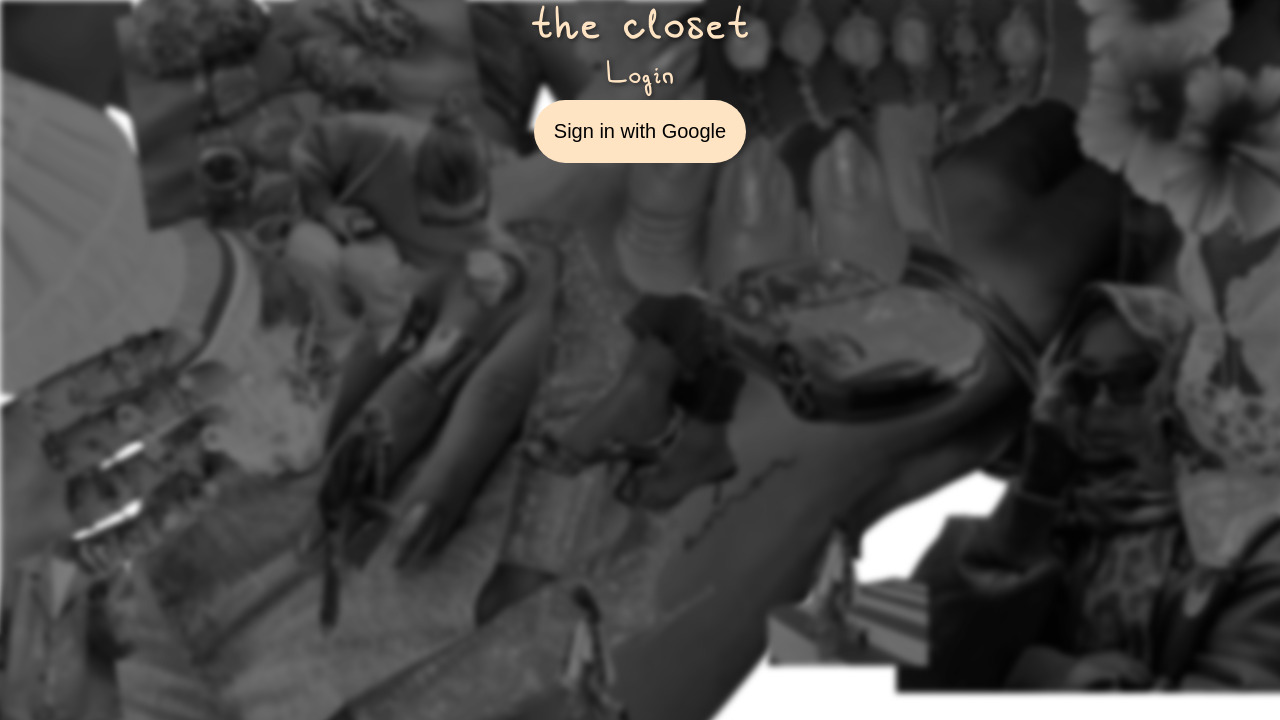
Repository: karla-sikavica/theCloset
Page: / (app in frontend/)
The author's editor kept a copy of each file at every save. The page is drawn from the files as they stood at one save, then again after the next save.
The browser window is 1280 px wide. The pictures show the whole page.
The project was rebuilt for these pictures with package versions that can differ from the ones it lists, and the page was loaded fresh each time. Also part of the build but not shown: frontend/vite.config.ts.

Above is the page before, as saved 2025-03-29 16:19:22.

### frontend/src/index.css
@font-face {
  font-family: 'Kalla';
  src: url('/fonts/Kalla-Regular.ttf') format('truetype');
  font-weight: 400;
  font-style: normal;
}

:root {
  font-family: 'Kalla', system-ui, Avenir, Helvetica, Arial, sans-serif;
  line-height: 50px;
  font-weight: 400;
  display: block;


  font-synthesis: none;
  text-rendering: optimizeLegibility;
  -webkit-font-smoothing: antialiased;
  -moz-osx-font-smoothing: grayscale;
}

### frontend/src/App.tsx
import { BrowserRouter as Router, Routes, Route } from "react-router-dom";
import "./App.css";
import Login from "./pages/Login";
import Collage from "./components/ui/Collage";

function App() {
  return (
    <Router>
      <Collage />

      <div className="main-content">
        <Routes>
          <Route path="/" element={<Login></Login>} />
          <Route path="/login" element={<Login />} />
        </Routes>
      </div>
    </Router>
  );
}

export default App;

### frontend/src/App.css
#root {
  max-width: 1280px;
  margin: 0 auto;
  padding: 2rem;
  text-align: center;
}

body {
  color: bisque;
  text-shadow: 2px 2px 4px rgba(0, 0, 0, 0.5);
}

body, html, #root {
  margin: 0;
  padding: 0;
  height: 100%;
  width: 100%;
  overflow: hidden;
}

/* Optional: to make sure your app content appears above the collage */
.main-content {
  z-index: 10;

   position: relative;
  /*pointer-events: auto;
  height: 100%; */
}

/*
body::before {
  content: "";
  position: fixed;
  top: 0;
  left: 0;
  width: 100vh;
  height: 100vw;
  background-image: url("/images/download.jpeg");
  background-repeat: no-repeat;
  background-size: cover;
  background-position: center;
  transform: rotate(270deg) translate(-100vh, 0);
  transform-origin: top left;
  z-index: -1;
}

body::after {
  content: "";
  position: fixed;
  top: 0;
  left: 0;
  width: 100vw;
  height: 100vh;
  /* background: rgba(50, 30, 10, 0.6); */
/*   z-index: -1;
 *//* */

### frontend/src/pages/Login.tsx
import GoogleLogin from "../components/ui/GoogleLogin";

function Login() {
  return (
    <div style={{ margin: "auto" }}>
      <h1 style={{ fontSize: 100, margin: 0 }}>the closet</h1>
      <h2 style={{ fontSize: 60, margin: 0 }}>Login</h2>
      <div style={{ textAlign: "center" }}>
        <GoogleLogin></GoogleLogin>
      </div>
    </div>
  );
}

export default Login;

### frontend/src/components/ui/Collage.tsx
import React, { useEffect, useRef } from "react";
import "../css/Collage.css";

/* const imageCount = 32;
 */
type CollageImage = {
  src: string;
  top: string;
  left: string;
  width: string;
  rotate?: string;
  zIndex?: number;
};

const collageConfig: CollageImage[] = [
  {
    src: "/images/photo%20(1).png",
    top: "45%",
    left: "0%",
    width: "250px",
    rotate: "0deg",
    zIndex: 2,
  },
  {
    src: "/images/photo%20(2).png",
    top: "30%",
    left: "25%",
    width: "400px",
    rotate: "0deg",
    zIndex: 1,
  },
  {
    src: "/images/photo%20(3).png",
    top: "18%",
    left: "40%",
    width: "350px",
    rotate: "0deg",
    zIndex: 0,
  },
  {
    src: "/images/photo%20(4).png",
    top: "-5%",
    left: "55%",
    width: "400px",
    rotate: "0deg",
    zIndex: 2,
  },
  {
    src: "/images/photo%20(5).png",
    top: "30%",
    left: "40%",
    width: "260px",
    rotate: "0deg",
    zIndex: 1,
  },
  {
    src: "/images/photo%20(6).png",
    top: "10%",
    left: "18%",
    width: "300px",
    rotate: "0deg",
    zIndex: 4,
  },
  {
    src: "/images/photo%20(7).png",
    top: "38%",
    left: "70%",
    width: "400px",
    rotate: "0deg",
    zIndex: 1,
  },
  {
    src: "/images/photo%20(8).png",
    top: "0%",
    left: "0%",
    width: "350px",
    rotate: "0deg",
    zIndex: 1,
  },
  {
    src: "/images/photo%20(9).png",
    top: "35%",
    left: "55%",
    width: "280px",
    rotate: "-6deg",
    zIndex: 2,
  },
  {
    src: "/images/photo%20(10).png",
    top: "42%",
    left: "20%",
    width: "200px",
    rotate: "15deg",
    zIndex: 1,
  },
  {
    src: "/images/photo%20(11).png",
    top: "-20%",
    left: "70%",
    width: "400px",
    rotate: "0deg",
    zIndex: 0,
  },
  {
    src: "/images/photo%20(12).png",
    top: "-20%",
    left: "10%",
    width: "350px",
    rotate: "-9deg",
    zIndex: 1,
  },
  {
    src: "/images/photo%20(13).png",
    top: "0%",
    left: "6%",
    width: "550px",
    rotate: "0deg",
    zIndex: 0,
  },
  {
    src: "/images/photo%20(14).png",
    top: "70%",
    left: "60%",
    width: "160px",
    rotate: "0deg",
    zIndex: 2,
  },
  {
    src: "/images/photo%20(15).png",
    top: "75%",
    left: "40%",
    width: "170px",
    rotate: "-8deg",
    zIndex: 3,
  },
  {
    src: "/images/photo%20(16).png",
    top: "3%",
    left: "48%",
    width: "500px",
    rotate: "3deg",
    zIndex: 0,
  },
  {
    src: "/images/photo%20(17).png",
    top: "0%",
    left: "45%",
    width: "380px",
    rotate: "0deg",
    zIndex: 1,
  },
  {
    src: "/images/photo%20(18).png",
    top: "75%",
    left: "-3%",
    width: "200px",
    rotate: "10deg",
    zIndex: 3,
  },
  {
    src: "/images/photo%20(19).png",
    top: "22%",
    left: "86%",
    width: "290px",
    rotate: "0deg",
    zIndex: 2,
  },
  {
    src: "/images/photo%20(30).png",
    top: "-20%",
    left: "80%",
    width: "300px",
    rotate: "-27deg",
    zIndex: 3,
  } /*,
  {
    src: "/images/photo%20(21).png",
    top: "30%",
    left: "90%",
    width: "170px",
    rotate: "-6deg",
    zIndex: 2,
  },
  {
    src: "/images/photo%20(22).png",
    top: "65%",
    left: "5%",
    width: "160px",
    rotate: "5deg",
    zIndex: 3,
  },
  {
    src: "/images/photo%20(23).png",
    top: "60%",
    left: "20%",
    width: "180px",
    rotate: "-7deg",
    zIndex: 2,
  },
  {
    src: "/images/photo%20(24).png",
    top: "15%",
    left: "50%",
    width: "190px",
    rotate: "6deg",
    zIndex: 1,
  },
  {
    src: "/images/photo%20(25).png",
    top: "10%",
    left: "30%",
    width: "160px",
    rotate: "-4deg",
    zIndex: 3,
  },
  {
    src: "/images/photo%20(26).png",
    top: "40%",
    left: "50%",
    width: "170px",
    rotate: "11deg",
    zIndex: 2,
  },
  {
    src: "/images/photo%20(27).png",
    top: "50%",
    left: "75%",
    width: "180px",
    rotate: "-9deg",
    zIndex: 1,
  },
  {
    src: "/images/photo%20(28).png",
    top: "35%",
    left: "10%",
    width: "200px",
    rotate: "4deg",
    zIndex: 2,
  },
  {
    src: "/images/photo%20(29).png",
    top: "25%",
    left: "65%",
    width: "190px",
    rotate: "-5deg",
    zIndex: 3,
  },
  {
    src: "/images/photo%20(30).png",
    top: "70%",
    left: "85%",
    width: "160px",
    rotate: "6deg",
    zIndex: 1,
  },
  {
    src: "/images/photo%20(31).png",
    top: "80%",
    left: "35%",
    width: "170px",
    rotate: "-3deg",
    zIndex: 2,
  },
  {
    src: "/images/photo%20(32).png",
    top: "90%",
    left: "50%",
    width: "180px",
    rotate: "8deg",
    zIndex: 3,
  }, */,
];

const Collage: React.FC = () => {
  return (
    <div className="collage-background">
      {collageConfig.map((img, index) => (
        <img
          key={index}
          src={img.src}
          alt={`collage-img-${index}`}
          className="collage-img"
          style={{
            top: img.top,
            left: img.left,
            width: img.width,
            transform: `rotate(${img.rotate || "0deg"})`,
            zIndex: img.zIndex || 0,
          }}
        />
      ))}
    </div>
  );
};

export default Collage;

/*
const Collage: React.FC = () => {
  const containerRef = useRef<HTMLDivElement>(null);

  useEffect(() => {
    const container = containerRef.current;
    if (!container) return;

    const imgs = container.querySelectorAll("img");
    imgs.forEach((img) => {
      const x = Math.random() * 100;
      const y = Math.random() * 100;
      const rotate = Math.random() * 20 - 10; // rotate between -10 and +10 degrees
      const z = Math.floor(Math.random() * 10); // random z-index

      img.style.top = `${y}vh`;
      img.style.left = `${x}vw`;
      img.style.transform = `rotate(${rotate}deg)`;
      img.style.zIndex = z.toString();
    });
  }, []);

  return (
    <div className="collage-background" ref={containerRef}>
      {[...Array(imageCount)].map((_, index) => (
        <img
          key={index}
          src={`/images/photo%20(${index + 1}).png`}
          alt={`collage-img-${index}`}
          className="collage-img"
        />
      ))}
    </div>
  );
};

export default Collage; */

### frontend/src/components/ui/GoogleLogin.tsx
// src/components/GoogleLogin.js
import { signInWithPopup } from "firebase/auth";
import { auth, googleProvider } from "../../firebase";
import GoogleButton from "./GoogleButton";

function GoogleLogin() {
  const handleGoogleLogin = async () => {
    try {
      const result = await signInWithPopup(auth, googleProvider);
      const user = result.user;

      const token = await user.getIdToken();
      console.log("✅ Google login successful! Token:", token);

      const res = await fetch("http://localhost:8080/categories", {
        headers: {
          Authorization: `Bearer ${token}`,
        },
      });

      const data = await res.json();
      console.log("Backend response:", data);
    } catch (error: any) {
      console.error("❌ Google login error:", error.message);
    }
  };

  return (
    <div>
      <GoogleButton onClick={handleGoogleLogin}>
        Sign in with Google
      </GoogleButton>{" "}
    </div>
  );
}

export default GoogleLogin;

### frontend/src/components/css/Collage.css

  .collage-background {
    position: fixed;
    top: 0;
    left: 0;
    width: 100vw;
    height: 100vh;
    overflow: hidden;
    z-index: 0;
    pointer-events: auto;
  }

  .collage-img {
    position: absolute;
    object-fit: contain;
    filter: grayscale(100%) blur(3px) brightness(0.5);
    pointer-events: auto;
    border: none;
  }

  .collage-img:hover {
    filter: grayscale(0%);

/*     border: 3px solid bisque;
 */  }

### frontend/src/firebase.ts
import { initializeApp } from "firebase/app";
import { getAuth, GoogleAuthProvider  } from "firebase/auth";

//import { getAnalytics } from "firebase/auth";

const firebaseConfig = {
  apiKey: "AIzaSyAbHQdx6UcrnGOItmjSgqMahJKQc3tssx8",
  authDomain: "thecloset-7ba5e.firebaseapp.com",
  projectId: "thecloset-7ba5e",
  storageBucket: "thecloset-7ba5e.firebasestorage.app",
  messagingSenderId: "77195632073",
  appId: "1:77195632073:web:69fd94b7e825471e71dc18",
  measurementId: "G-8GEFS4DWQG"
};

// Initialize Firebase
const app = initializeApp(firebaseConfig);
export const auth = getAuth(app);
export const googleProvider = new GoogleAuthProvider();


//const analytics = getAnalytics(app);

### frontend/src/components/ui/GoogleButton.tsx
import styles from "../css/GoogleButton.module.css";

interface Props {
  children: React.ReactNode;
  onClick: () => void;
}

const GoogleButton = ({ onClick, children }: Props) => {
  return (
    <button onClick={onClick} className={styles.googleButton}>
      {children}
    </button>
  );
};

export default GoogleButton;

### frontend/src/components/css/GoogleButton.module.css
.googleButton{
    border-radius: 50px;
    padding: 20px;
    background-color: bisque;
    font-size: 20px;
    border: none;
}

.googleButton:hover{
    background-color: rgb(192, 173, 148);
}

Loaded but not shown: frontend/index.html (common file); frontend/src/main.tsx (common file)

After the next save:
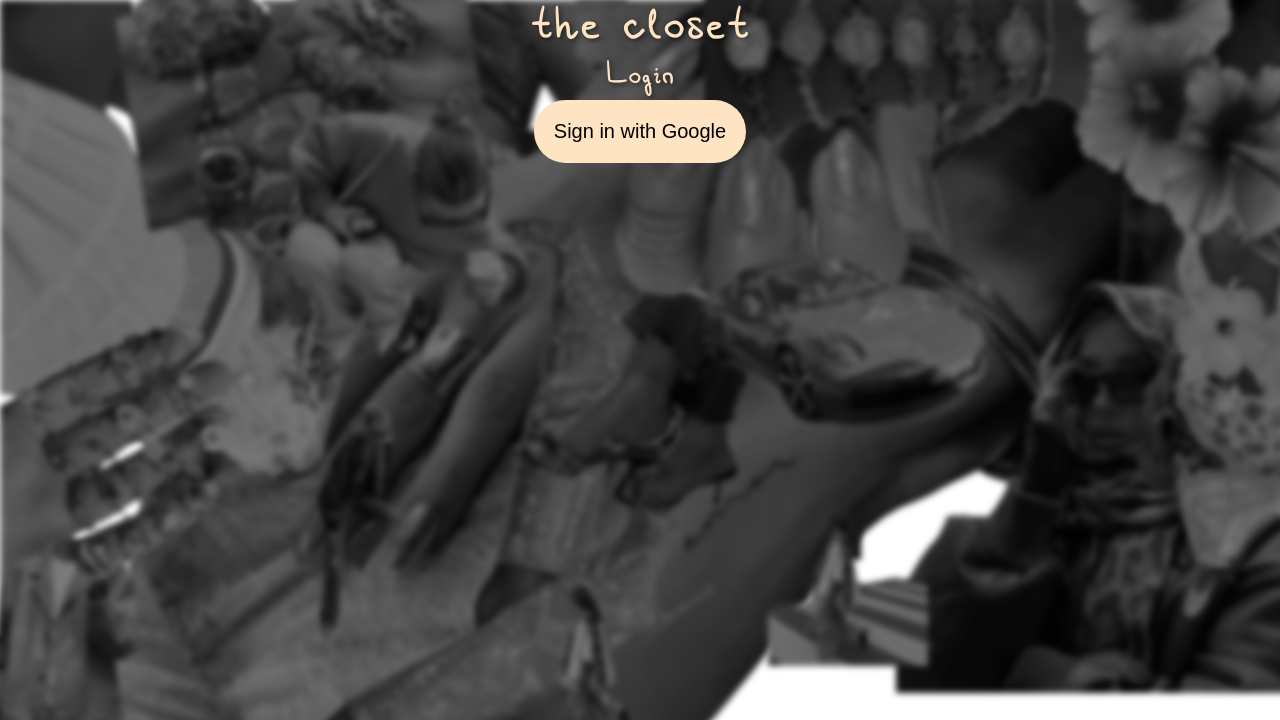
Saved 47 s later.
--- a/frontend/src/components/ui/Collage.tsx
+++ b/frontend/src/components/ui/Collage.tsx
@@ -172,15 +172,15 @@
     width: "300px",
     rotate: "-27deg",
     zIndex: 3,
-  } /*,
-  {
-    src: "/images/photo%20(21).png",
+  },
+  {
+    src: "/images/photo%20(29).png",
     top: "30%",
     left: "90%",
     width: "170px",
-    rotate: "-6deg",
-    zIndex: 2,
-  },
+    rotate: "180deg",
+    zIndex: 2,
+  } /*,
   {
     src: "/images/photo%20(22).png",
     top: "65%",
